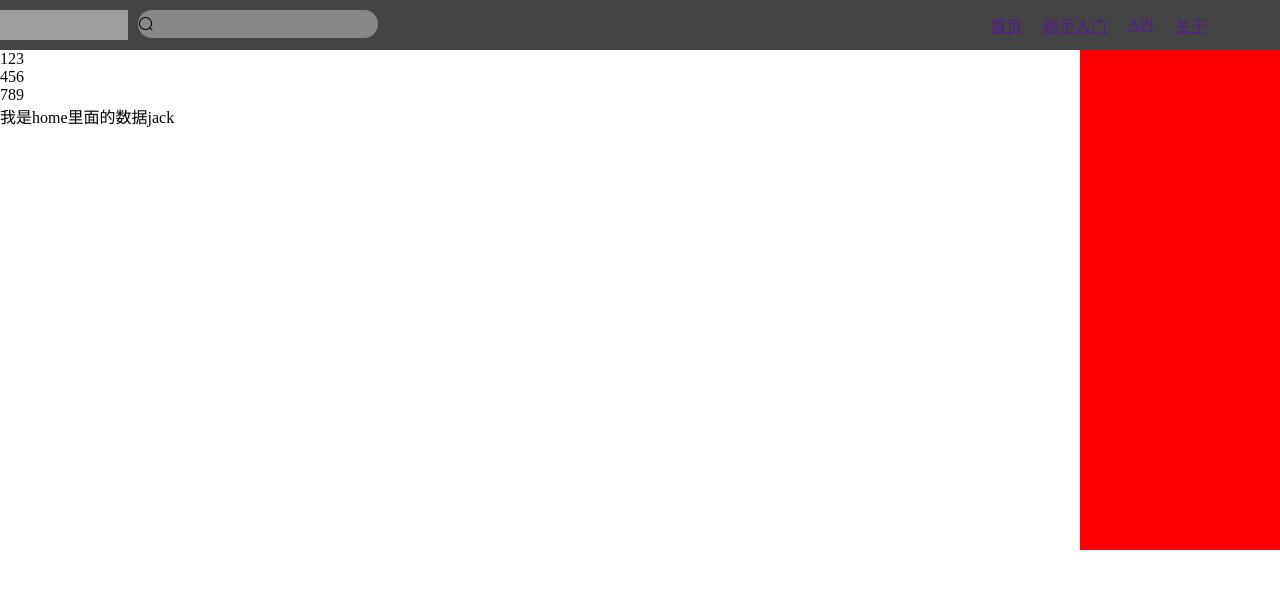
Repository: jinggegeZ/cnode
Page: /
These files come from the project's save history. The page is drawn as it stood at one moment and after the next save; the edit follows.
The browser window is 1280 px wide. The pictures show the whole page.
Pictures or frames that could not be fetched are drawn as grey boxes. The project was rebuilt for these pictures with package versions that can differ from the ones it lists, and the page was loaded fresh each time.

Above is the page before, as saved 2020-06-05 12:47:14.

### src/main.js
import Vue from 'vue'
import App from './App.vue'
import router from './router'
import store from './store'
import ElementUI from 'element-ui'
import 'element-ui/lib/theme-chalk/index.css'


Vue.config.productionTip = false
Vue.use(ElementUI);
new Vue({
  router,
  store,
  render: h => h(App)
}).$mount('#app')

### src/App.vue
<template>
  <div id="app">
    <router-view/>
  </div>
</template>

<style lang="scss">
   * {
  margin: 0;
  padding: 0;
 }
</style>

### src/router/index.js
import Vue from 'vue'
import VueRouter from 'vue-router'
import Home from '../views/Home.vue'
import layout from '../views/layout1/layout'

Vue.use(VueRouter)

  const routes = [
    {
      path:'/home',
      redirect:'/'
    },
  {
    path:'/',
    name:'layout',
    component: layout,
    children: [
      {
        path: '',
        name: 'Home',
        component: Home
      },
    ]
  },

  {
    path: '/about',
    name: 'About',
    component: () => import('../views/About.vue')
  },
  {
    path: '/parents',
    name: 'parents',
    component: () => import('../views/parents/parents.vue'),

  },
]

const router = new VueRouter({
  mode: 'history',
  base: process.env.BASE_URL,
  routes
})

export default router

### src/store/index.js
import Vue from 'vue'
import Vuex from 'vuex'

Vue.use(Vuex)

export default new Vuex.Store({
  state: {
    name:'jack'
  },
  mutations: {
  },
  actions: {
  },
  modules: {
  }
})

### src/views/Home.vue
<template>
 <div>
  <div>123</div>
  <div>456</div>
  <div>789</div>
  <div>我是home里面的数据{{name}}</div>
 </div>
</template>

<script>

 export default {
   data () {
     return {

     }
   },
   components: {

   },
   methods: {

   },
   mounted() {

   },
   watch: {

   },
   computed: {
     name() {
       return this.$store.state.name
     }
   }
 }
</script>

<style scoped>

</style>

### src/views/layout1/layout.vue
<template>
 <div>
    <div class="container">

            <div class="top">
            <top></top>
            </div>

        <div class="content">
            <div>
                <router-view></router-view>
            </div>
            <div class="right">
                <right></right>
            </div>
        </div>
        <div class="below">
            <below></below>
        </div>
    </div>
 </div>
</template>

<script>
    import top from '../../components/top/top'
    import right from '../../components/right/right'
    import below from '../../components/below/below'
 export default {
     name:'layout',
   data () {
     return {

     }
   },
   components: {
       top,
       right,
       below,
   },
   methods: {

   },
   mounted() {

   },
   watch: {

   },
   computed: {
   }
 }
</script>

<style scoped>
    .container {
        width: 100%;
    }


</style>

### src/components/top/top.vue
<template>
  <div>
    <div class="top">
      <div class="box">
        <div class="b-left">
          <div class="img">
            <img
              src="//static2.cnodejs.org/public/images/cnodejs_light.svg"
              alt
              width="128px"
              height="30px"
            />
          </div>
          <div class="ipt">
            <i class="el-icon-search"></i>
            <input type="text" class="item">
          </div>
        </div>
        <div class="b-right">
            <div class="b-box">
                <a href="">首页</a>
                <a href="">新手入门</a>
                <a href="">API</a>
                <a href="">关于</a>
                <a href=""></a>
                <a href=""></a>
                <a href=""></a>

            </div>
        </div>
      </div>
    </div>
  </div>
</template>

<script>
export default {
  data() {
    return {};
  },
  components: {},
  methods: {},
  mounted() {},
  watch: {},
  computed: {}
};
</script>

<style scoped >
.top {
  width: 100%;
  height: 50px;
  background: rgb(68, 68, 68);
}
.box {
  max-width: 1400px;
  height: 50px;
  margin: 0 auto;
  display: flex;
  justify-content: space-between;
  align-items: center;
}
.b-left {
  display: flex;

}
.ipt {
  width: 240px;
  height: 28px;
  border-radius: 50px !important;
  overflow: hidden;
  display: flex;
  align-items: center;
  background: #888;
  margin-left: 10px;

}
.item {
    border: none;
    outline:none;
    background: transparent;
    margin-left: 5px;
    width: 200px;
    height: 24px;
    margin-left: 10px;
}
.ipt:hover {
    background: white;
}
.img {
    display: flex;
    align-items: center;
}
.b-right {
    width: 300px;
}
.b-box {
    display: flex;
    justify-content: space-around;
    align-items: center;
}
</style>

### src/components/right/right.vue
<template>
 <div>
    <div class="right"></div>
 </div>
</template>

<script>
 export default {
   data () {
     return {

     }
   },
   components: {

   },
   methods: {

   },
   mounted() {

   },
   watch: {

   },
   computed: {

   }
 }
</script>

<style scoped>
    .right {
        width: 200px;
        height: 500px;
        background: red;
        position: absolute;
        right: 0;
        top: 50px;
    }
</style>

### src/components/below/below.vue
<template>
 <div>
    <div class="foot">
        <div class="f-box"></div>
    </div>
 </div>
</template>

<script>
 export default {
   name: '',
   props: {
   },
   components: {

   },
   data () {
     return {

     }
   },
   methods: {

   },
   mounted() {

   },
   watch: {

   },
   computed: {

   }
 }
</script>

<style scoped>
    .foot {
        width: 100%;
        position: absolute;
        bottom: 0;
    }
    .f-box {
        width: 1400px;
        align-items: center;
        background: skyblue;
    }
</style>

Loaded but not shown: public/index.html (common file)

After the next save:
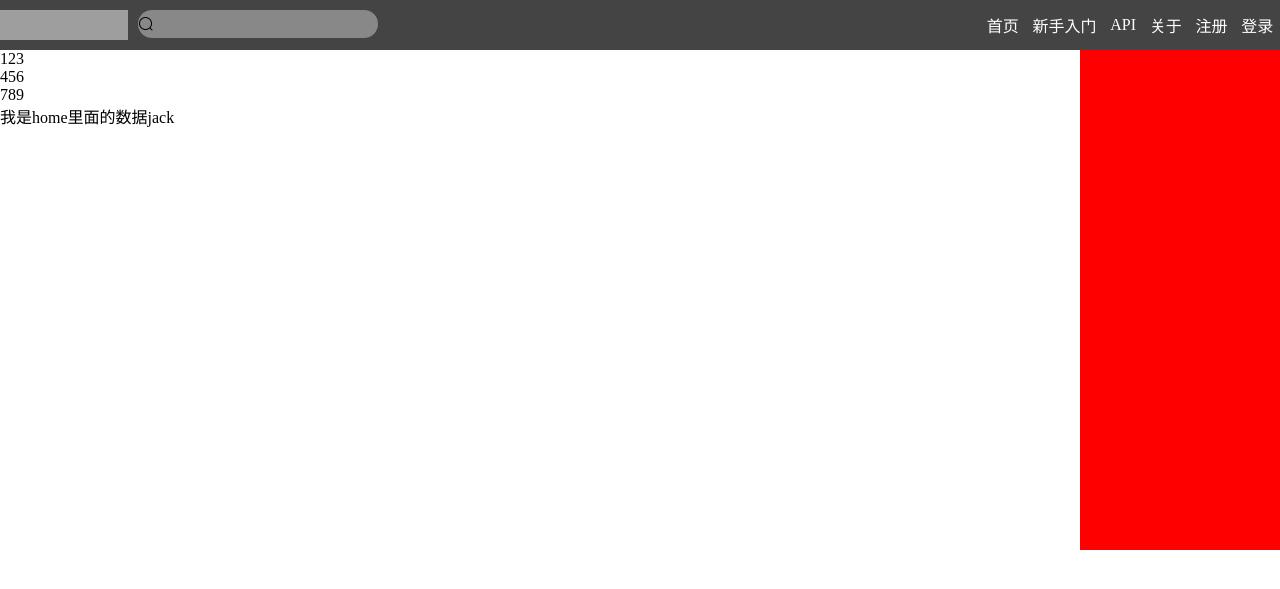
Saved 50 s later.
--- a/src/components/top/top.vue
+++ b/src/components/top/top.vue
@@ -22,10 +22,8 @@
                 <a href="">新手入门</a>
                 <a href="">API</a>
                 <a href="">关于</a>
-                <a href=""></a>
-                <a href=""></a>
-                <a href=""></a>
-
+                <a href="">注册</a>
+                <a href="">登录</a>
             </div>
         </div>
       </div>
@@ -47,6 +45,10 @@ export default {
 </script>
 
 <style scoped >
+a {
+    text-decoration: none;
+    color: white;
+}
 .top {
   width: 100%;
   height: 50px;
